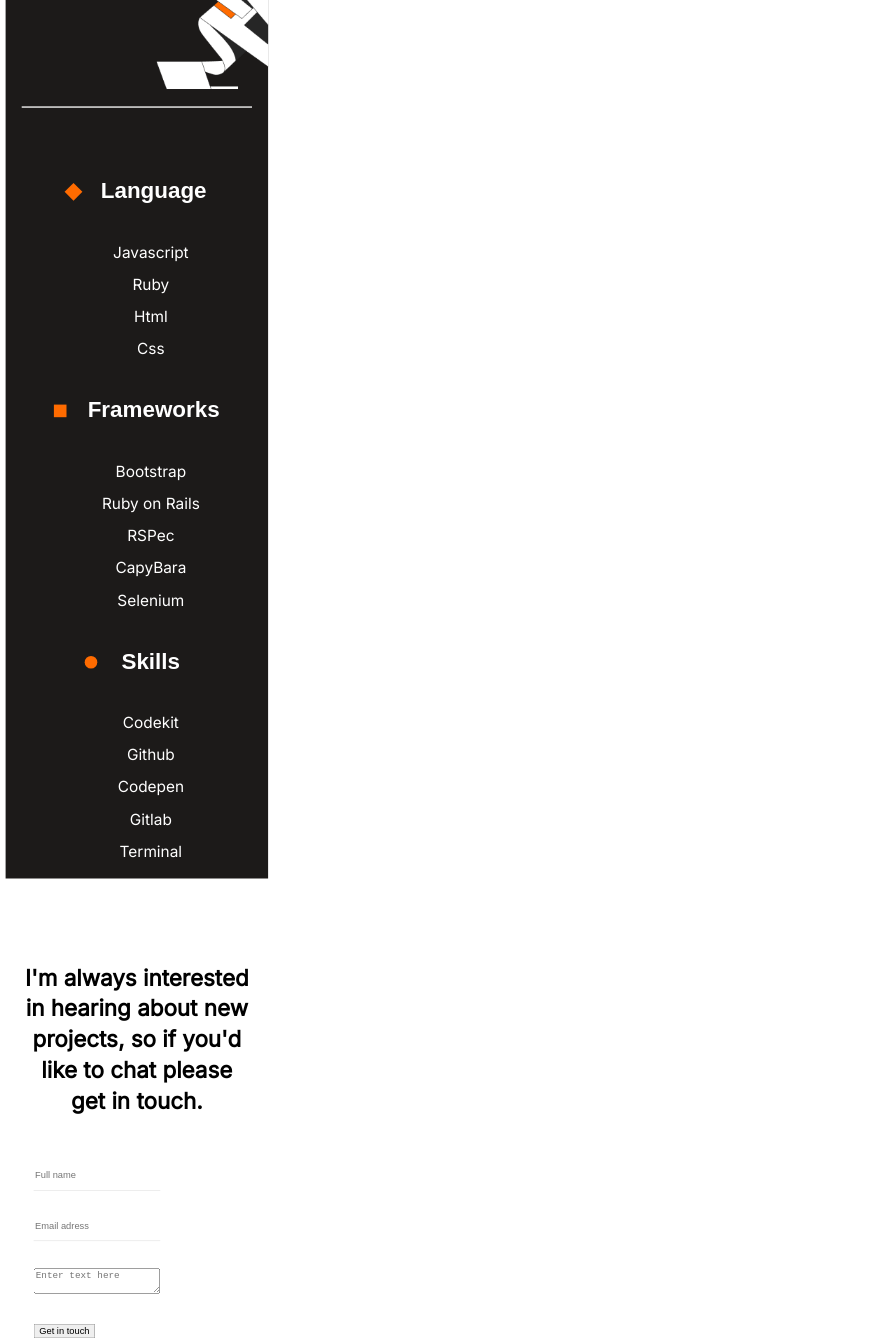
Repository: iBel251/portfolio
Page: index.html
An editor plug-in stored every save of this project. The page is shown before and after the next save, followed by the edit.
The browser window is 1280 px wide. The pictures show the part of the page from y = 4580 to 6500 px (the page is 6663 px tall before and 6677 px after), at 70% of full size.
Some web fonts or font styles are not loaded; a fallback is used.

Above is the page before, as saved 2022-03-22 10:59:16.

After the next save:
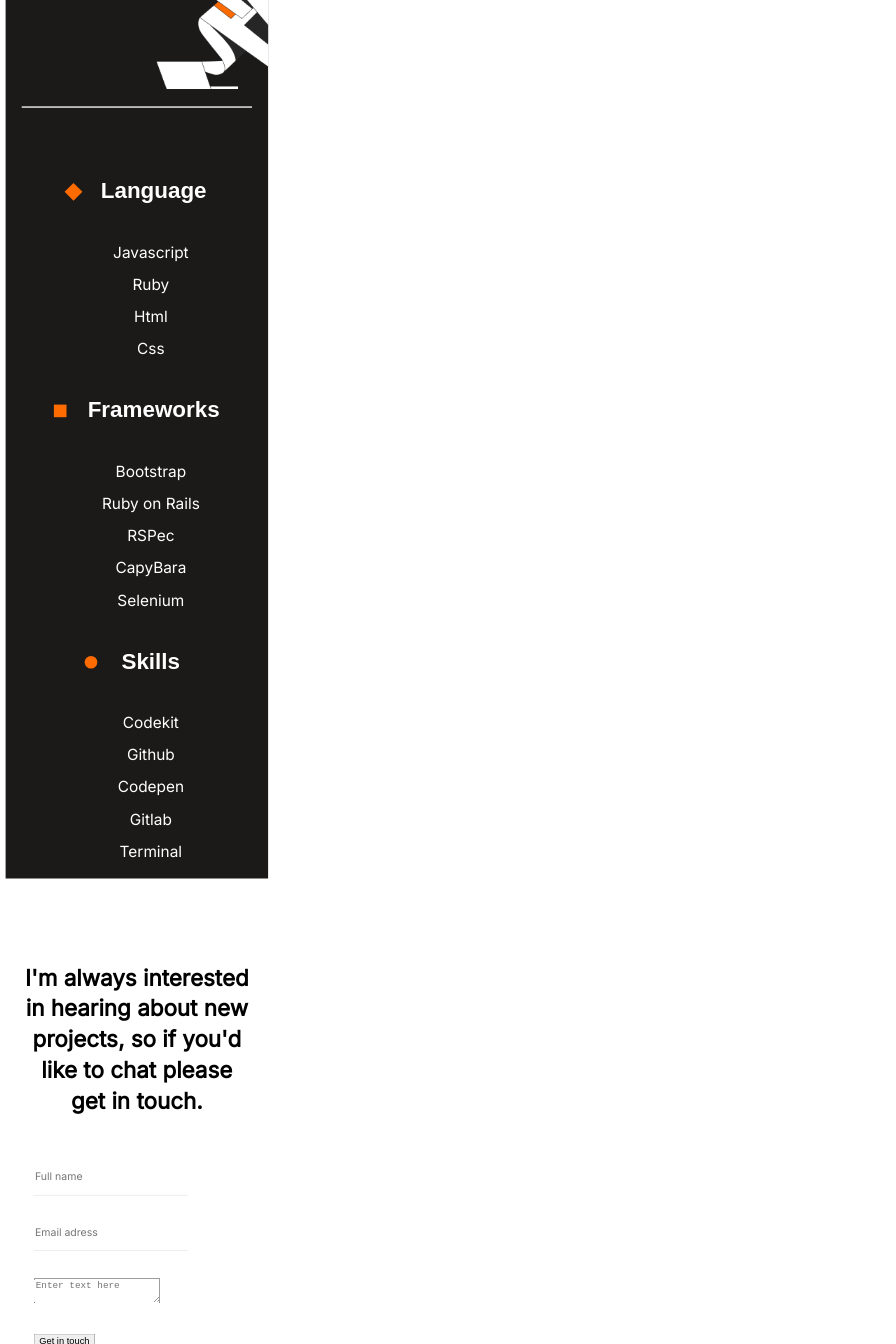
Saved 48 s later.
--- a/style.css
+++ b/style.css
@@ -429,4 +429,9 @@ margin: 120px 24px 15px 24px;
   border: none;
   border-bottom: 1px solid #E5E5E5;
   padding-bottom: 14px;
-}
+  font-family: 'Inter';
+font-style: normal;
+font-weight: 400;
+font-size: 15px;
+line-height: 24px;
+}
